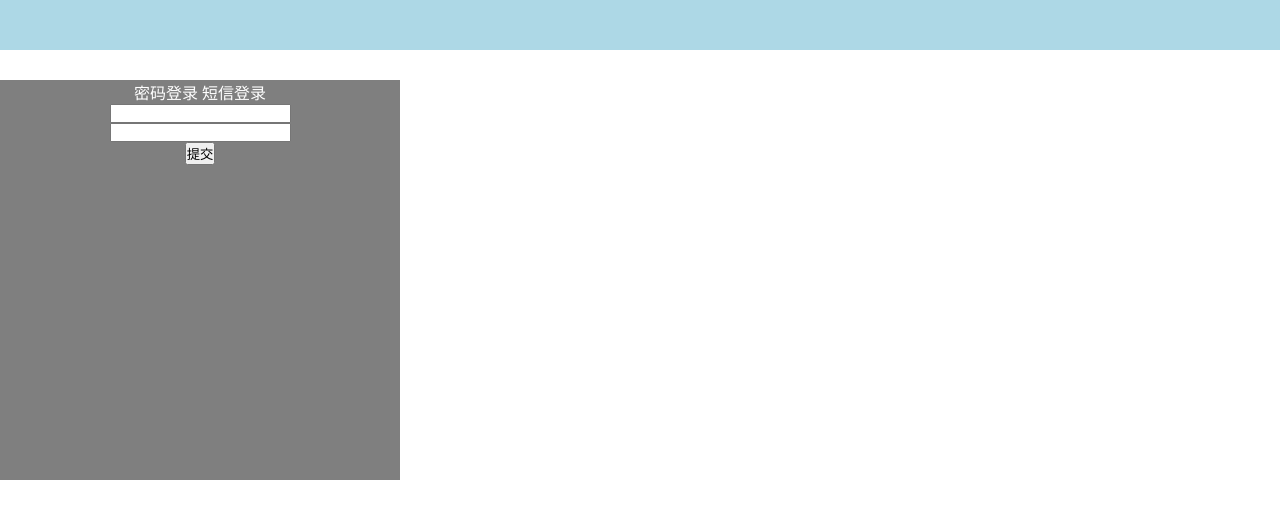
Repository: wxamlzm/campus0714
Page: views/login.html
The author's editor kept a copy of each file at every save. The page is drawn from the files as they stood at one save, then again after the next save.
The browser window is 1280 px wide. The pictures show the whole page.

Above is the page before, as saved 2021-07-14 22:55:48.

After the next save:
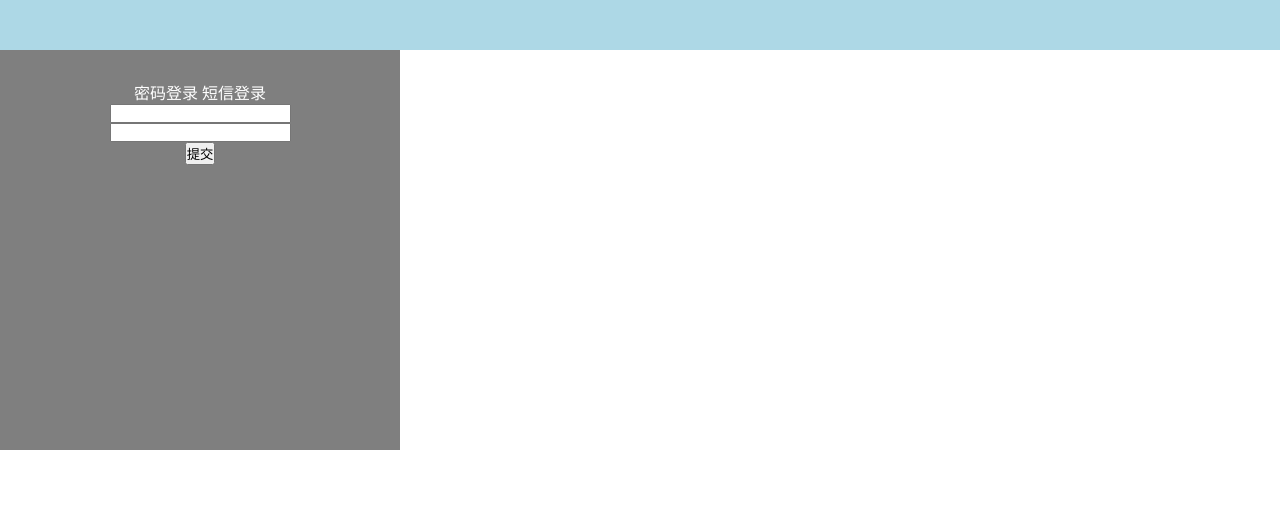
Saved 12 s later.
--- a/views/css/common.css
+++ b/views/css/common.css
@@ -15,7 +15,7 @@ header {
   margin-top: 30px;
   text-align: center;
 }
-.login-box .login-container::before {
+.login-box::before {
   content: '';
   display: table;
 }
